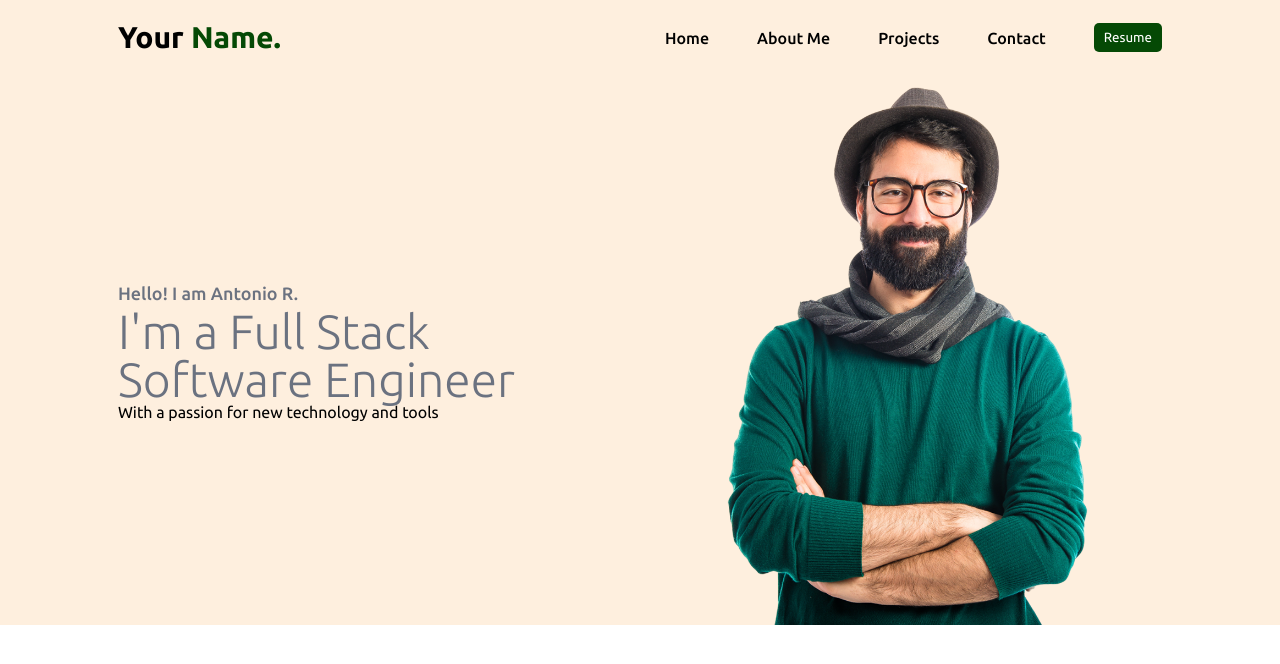
Repository: DevAntonioRogers/vanilla-portfolio
Page: index.html
The author's editor kept a copy of each file at every save. The page is drawn from the files as they stood at one save, then again after a run of saves.
The browser window is 1280 px wide. The pictures show the whole page.

Above is the page before, as saved 2023-07-14 22:09:41.

### index.html
<!DOCTYPE html>
<html lang="en">
  <head>
    <meta charset="UTF-8" />
    <meta name="viewport" content="width=device-width, initial-scale=1.0" />
    <link rel="stylesheet" href="style.css" />
    <title>Antonio Rogers</title>
  </head>
  <body>
    <nav>
      <div class="container navbar">
        <a href="/" aria-label="Home">
          <h1>Your <span>Name.</span></h1></a
        >
        <ul>
          <li>
            <a href="/" aria-label="Home">Home</a>
          </li>
          <li>
            <a href="/" aria-label="About Me">About Me</a>
          </li>
          <li>
            <a href="/" aria-label="Projects">Projects</a>
          </li>
          <li>
            <a href="/" aria-label="Contact">Contact</a>
          </li>
          <li>
            <a href="/resume.pdf" download aria-label="Download Resume">
              <button class="navbar-button">Resume</button>
            </a>
          </li>
        </ul>
      </div>
    </nav>

    <section class="hero">
      <div class="container hero-container">
        <div class="hero-info">
          <h4>Hello! I am Antonio R.</h4>
          <h1>I'm a Full Stack Software Engineer</h1>
          <p>With a passion for new technology and tools</p>
        </div>

        <div class="hero-image-container">
          <img src="hero.png" alt="" />
        </div>
      </div>
    </section>
  </body>
</html>

### style.css
@import url("https://fonts.googleapis.com/css2?family=Ubuntu:wght@300;400;500;700&display=swap");

* {
  box-sizing: border-box;
  padding: 0;
  margin: 0;
  font-family: "Ubuntu", sans-serif;
}

a {
  text-decoration: none;
  color: inherit;
}

li {
  list-style: none;
}

.container {
  width: 89%;
  margin: auto;
  max-width: 1044px;
}

/* NAVBAR STYLING */

nav {
  background: #feefde;
  padding: 20px 0;
}

.navbar {
  display: flex;
  justify-content: space-between;
  align-items: center;
}

.navbar h1 {
  font-size: 30px;
  font-weight: 700;
}

.navbar span {
  color: rgb(5, 73, 5);
}

.navbar ul {
  display: flex;
  align-items: center;
  gap: 3rem;
}

.navbar ul li {
  font-weight: 500;
}

.navbar-button {
  background-color: rgb(5, 73, 5);
  padding: 7px 10px;
  border-radius: 5px;
  color: white;
  border: none;
}

/* HERO STYLES */

.hero {
  background-color: #feefde;
}

.hero-container {
  display: grid;
  grid-template-columns: repeat(2, minmax(0, 1fr));
  align-items: center;
  gap: 1.5rem;
}

.hero-image-container {
  display: flex;
  justify-content: center;
  align-items: center;
}

.hero-info h4 {
  font-size: 1.12rem;
  line-height: 1.75rem;
  color: #6b7280;
  font-weight: 500;
}

.hero-info h1 {
  font-size: 3rem;
  line-height: 1;
  color: #6b7280;
  font-weight: 100;
}

.hero-container img {
  height: 550px;
  position: relative;
}

After the next 3 saves:
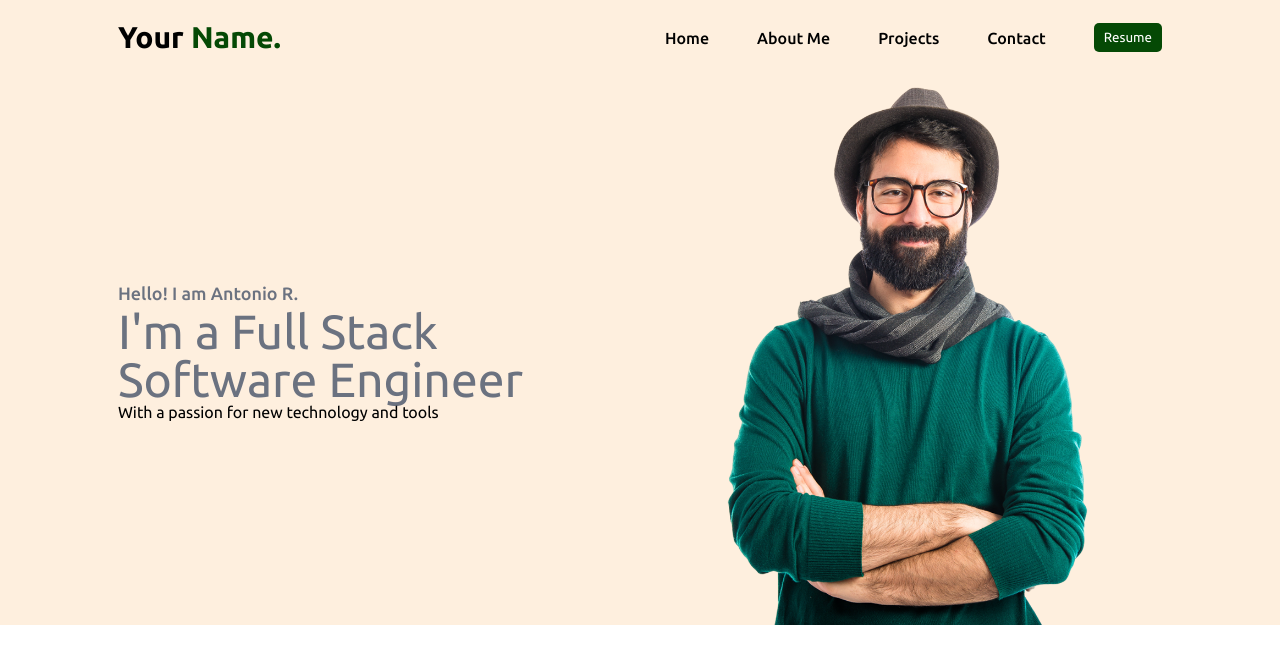
The 3 saves are shown as one change because they came seconds apart.
The last was saved 15 s later.
--- a/style.css
+++ b/style.css
@@ -92,7 +92,7 @@ nav {
   font-size: 3rem;
   line-height: 1;
   color: #6b7280;
-  font-weight: 100;
+  font-weight: 400;
 }
 
 .hero-container img {
